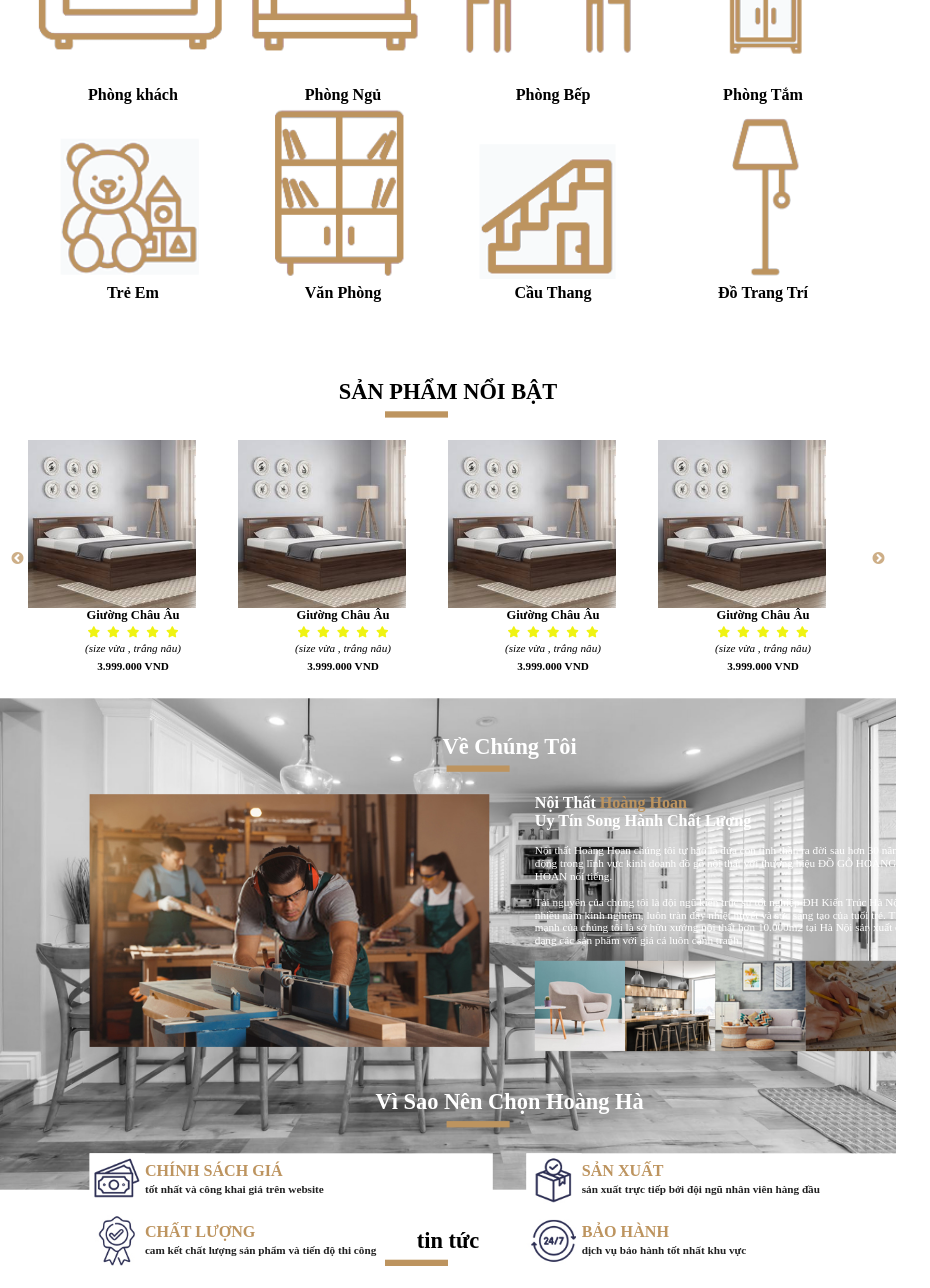
Repository: LDDUNG2003/front_end
Page: index.html
An editor plug-in stored every save of this project. The page is shown before and after the next save, followed by the edit.
The browser window is 1280 px wide. The page is 1328 px wide, so the pictures cover 1328 px, including what lies to the right of the window. The pictures show the part of the page from y = 762 to 2602 px (the page is 2602 px tall), at 70% of full size.
Some web libraries are served in a nearby version.

Above is the page before, as saved 2023-08-29 13:58:41.

### index.html
<!DOCTYPE html>
<html lang="en">

<head>
    <meta charset="UTF-8">
    <meta name="viewport" content="width=device-width, initial-scale=1.0">
    <title>Document</title>
    <link rel="stylesheet" href="https://cdnjs.cloudflare.com/ajax/libs/font-awesome/6.4.2/css/all.min.css" integrity="sha512-z3gLpd7yknf1YoNbCzqRKc4qyor8gaKU1qmn+CShxbuBusANI9QpRohGBreCFkKxLhei6S9CQXFEbbKuqLg0DA==" crossorigin="anonymous" referrerpolicy="no-referrer"
    />
    <link rel="stylesheet" type="text/css" href="//cdn.jsdelivr.net/npm/slick-carousel@1.8.1/slick/slick.css" />
    <link rel="stylesheet" type="text/css" href="//cdn.jsdelivr.net/npm/slick-carousel@1.8.1/slick/slick-theme.css" />
    <link rel="stylesheet" href="./public/css/base.css">
    <link rel="stylesheet" href="./public/css/home.css">
    <script src="https://kit.fontawesome.com/9ffed7d99e.js" crossorigin="anonymous"></script>
</head>

<>
    <div class="main">
        <div class="header">
            <div class="navBar">
                <img src="./public/img/logo.png" alt="logo" class="logo">
                <ul class="navBar__list">
                    <li class="navBar__list-item"><a href="" class="navBar__list--link">trang chủ</a></li>
                    <li class="navBar__list-item">
                        <a href="" class="navBar__list--link">giới thiệu</a>
                    </li>
                    <li class="navBar__list-item">
                        <a href="" class="navBar__list--link">sản phẩm</a>
                    </li>
                    <li class="navBar__list-item">
                        <a href="" class="navBar__list--link">đối tác</a>
                    </li>
                    <li class="navBar__list-item">
                        <a href="" class="navBar__list--link">tin tức</a>
                    </li>
                    <li class="navBar__list-item">
                        <a href="" class="navBar__list--link">liên hệ</a>
                    </li>
                </ul>
            </div>
        </div>
        <div class="content">
            <div class="content__banner">
                <div class="content--list-image">
                    <img class="content--image" src="./public/img/banner.png" alt="">
                </div>
                <div class="banner--content">
                    <h2 class="banner--content-text-title">THẾ GIỚI NỘI THẤT SỐ 1 VIỆT NAM</h2>
                    <h2 class="banner--content-text-title" style="color: var(--primary-color)">hoàng hoan</h2>
                    <p class="banner--content-text">Sứ mệnh của chúng tôi là kết hợp hài hòa giữa ý tưởng và mong muốn của khách hàng, đem lại những phút giây thư giãn tuyệt vời bên gia đình và những người thân yêu.</p>
                    <button class="banner--button">LIÊN HỆ NGAY</button>
                </div>
            </div>
            <div class="content__focut">
                <ul class="focut--list">
                    <li class="focut--item">
                        <img src="./public/img/product/icon-phong-khach.png" alt="" class="focut--img">
                        <h6 class="focut--text">Phòng khách</h6>
                    </li>
                    <li class="focut--item">
                        <img src="./public/img/product/icon-phong-ngu.png" alt="" class="focut--img">
                        <h6 class="focut--text">Phòng Ngủ</h6>
                    </li>
                    <li class="focut--item">
                        <img src="./public/img/product/icon-phong-bep.png" alt="" class="focut--img">
                        <h6 class="focut--text">Phòng Bếp</h6>
                    </li>
                    <li class="focut--item">
                        <img src="./public/img/product/icon-phong-tam.png" alt="" class="focut--img">
                        <h6 class="focut--text">Phòng Tắm</h6>
                    </li>
                    <li class="focut--item">
                        <img src="./public/img/product/icon-tre-em.png" alt="" class="focut--img">
                        <h6 class="focut--text">Trẻ Em</h6>
                    </li>
                    <li class="focut--item">
                        <img src="./public/img/product/icon-van-phong.png" alt="" class="focut--img">
                        <h6 class="focut--text">Văn Phòng</h6>
                    </li>
                    <li class="focut--item">
                        <img src="./public/img/product/icon-cau-thang.png" alt="" class="focut--img">
                        <h6 class="focut--text">Cầu Thang</h6>
                    </li>
                    <li class="focut--item">
                        <img src="./public/img/product/icon-do-trang-tri.png" alt="" class="focut--img">
                        <h6 class="focut--text">Đồ Trang Trí</h6>
                    </li>
                </ul>
            </div>
            <div class="content__featured">
                <h2 class="content--title">SẢN PHẨM NỔI BẬT</h2>
                <ul class="featured--list" data-slick='{"slidesToShow": 4, "slidesToScroll": 4}'>
                    <li class="featured--item">
                        <img src="./public/img/featured/giuong-ngu.png" alt="" class="featured--img">
                        <div class="featured--content">
                            <h5 class="featured-name">Giường Châu Âu</h5>
                            <ul class="evaluate--list">
                                <li><i class="fa-solid fa-star" style="color: #eff312;"></i></li>
                                <li><i class="fa-solid fa-star" style="color: #eff312;"></i></li>
                                <li><i class="fa-solid fa-star" style="color: #eff312;"></i></li>
                                <li><i class="fa-solid fa-star" style="color: #eff312;"></i></li>
                                <li><i class="fa-solid fa-star" style="color: #eff312;"></i></li>
                            </ul>
                            <i class="note-product">(size vừa , trắng nâu)</i>
                            <p class="price-product">3.999.000 VND</p>
                        </div>
                    </li>
                    <li class="featured--item">
                        <img src="./public/img/featured/giuong-ngu.png" alt="" class="featured--img">
                        <div class="featured--content">
                            <h5 class="featured-name">Giường Châu Âu</h5>
                            <ul class="evaluate--list">
                                <li><i class="fa-solid fa-star" style="color: #eff312;"></i></li>
                                <li><i class="fa-solid fa-star" style="color: #eff312;"></i></li>
                                <li><i class="fa-solid fa-star" style="color: #eff312;"></i></li>
                                <li><i class="fa-solid fa-star" style="color: #eff312;"></i></li>
                                <li><i class="fa-solid fa-star" style="color: #eff312;"></i></li>
                            </ul>
                            <i class="note-product">(size vừa , trắng nâu)</i>
                            <p class="price-product">3.999.000 VND</p>
                        </div>
                    </li>
                    <li class="featured--item">
                        <img src="./public/img/featured/giuong-ngu.png" alt="" class="featured--img">
                        <div class="featured--content">
                            <h5 class="featured-name">Giường Châu Âu</h5>
                            <ul class="evaluate--list">
                                <li><i class="fa-solid fa-star" style="color: #eff312;"></i></li>
                                <li><i class="fa-solid fa-star" style="color: #eff312;"></i></li>
                                <li><i class="fa-solid fa-star" style="color: #eff312;"></i></li>
                                <li><i class="fa-solid fa-star" style="color: #eff312;"></i></li>
                                <li><i class="fa-solid fa-star" style="color: #eff312;"></i></li>
                            </ul>
                            <i class="note-product">(size vừa , trắng nâu)</i>
                            <p class="price-product">3.999.000 VND</p>
                        </div>
                    </li>
                    <li class="featured--item">
                        <img src="./public/img/featured/giuong-ngu.png" alt="" class="featured--img">
                        <div class="featured--content">
                            <h5 class="featured-name">Giường Châu Âu</h5>
                            <ul class="evaluate--list">
                                <li><i class="fa-solid fa-star" style="color: #eff312;"></i></li>
                                <li><i class="fa-solid fa-star" style="color: #eff312;"></i></li>
                                <li><i class="fa-solid fa-star" style="color: #eff312;"></i></li>
                                <li><i class="fa-solid fa-star" style="color: #eff312;"></i></li>
                                <li><i class="fa-solid fa-star" style="color: #eff312;"></i></li>
                            </ul>
                            <i class="note-product">(size vừa , trắng nâu)</i>
                            <p class="price-product">3.999.000 VND</p>
                        </div>
                    </li>
                    <li class="featured--item">
                        <img src="./public/img/featured/giuong-ngu.png" alt="" class="featured--img">
                        <div class="featured--content">
                            <h5 class="featured-name">Giường Châu Âu</h5>
                            <ul class="evaluate--list">
                                <li><i class="fa-solid fa-star" style="color: #eff312;"></i></li>
                                <li><i class="fa-solid fa-star" style="color: #eff312;"></i></li>
                                <li><i class="fa-solid fa-star" style="color: #eff312;"></i></li>
                                <li><i class="fa-solid fa-star" style="color: #eff312;"></i></li>
                                <li><i class="fa-solid fa-star" style="color: #eff312;"></i></li>
                            </ul>
                            <i class="note-product">(size vừa , trắng nâu)</i>
                            <p class="price-product">3.999.000 VND</p>
                        </div>
                    </li>
                </ul>
            </div>
            <div class="about__us">
                <div class="about--background">
                    <img src="./public/img/about/bg-about-us.jpg" alt="">
                </div>
                <div class="about__us-bag">
                    <div class="about-bag">
                        <div class="about__content ">
                            <h2 class="content--title ">Về Chúng Tôi</h2>
                            <div class="about--block ">
                                <div class="about--content ">
                                    <img src="./public/img/about/ve-chung-toi.jpg" alt=" ">
                                </div>
                                <div class="about--content ">
                                    <h4 class="about--content--title">Nội Thất <span style="color:var(--primary-color);">Hoàng Hoan</span>
                                        <br> Uy Tín Song Hành Chất Lượng
                                    </h4>
                                    <div class="about--text--list">
                                        <p class="about--text">Nội thất Hoàng Hoan chúng tôi tự hào là đứa con tinh thần ra đời sau hơn 30 năm hoạt động trong lĩnh vực kinh doanh đồ gỗ nội thất với thương hiệu ĐỒ GỖ HOÀNG HOAN nổi tiếng.</p>
                                        <p class="about--text">Tài nguyên của chúng tôi là đội ngũ kiến trúc sư tốt nghiệp ĐH Kiến Trúc Hà Nội với nhiều năm kinh nghiệm, luôn tràn đầy nhiệt huyết và sức sáng tạo của tuổi trẻ. Thế mạnh của chúng tôi là sở hữu xưởng nội thất
                                            hơn 10.000m2 tại Hà Nội sản xuất đa dạng các sản phẩm với giá cả luôn cạnh tranh.</p>
                                    </div>
                                    <ul class="about--list">
                                        <li class="about--item">
                                            <img src="./public/img/about/ve-chung-toi-1.jpg" alt="" class="about--img">
                                        </li>
                                        <li class="about--item">
                                            <img src="./public/img/about/ve-chung-toi-2.jpg" alt="" class="about--img">
                                        </li>
                                        <li class="about--item">
                                            <img src="./public/img/about/ve-chung-toi-3.jpg" alt="" class="about--img">
                                        </li>
                                        <li class="about--item">
                                            <img src="./public/img/about/ve-chung-toi-4.jpg" alt="" class="about--img">
                                        </li>
                                    </ul>
                                </div>
                            </div>
                        </div>
                        <div class="about__content ">
                            <h2 class="content--title ">Vì Sao Nên Chọn Hoàng Hà</h2>
                            <div class="choose__choose">
                                <ul class="choose--list">
                                    <li class="choose--item">
                                        <img src="./public/img/about/chinh-sach.jpg" alt="" class="choose-image">
                                        <div class="choose-contain">
                                            <h6 class="choose--content-title">Chính Sách Giá</h6>
                                            <p class="choose--text">tốt nhất và công khai giá trên website</p>
                                        </div>
                                    </li>
                                    <li class="choose--item">
                                        <img src="./public/img/about/san-pham.jpg" alt="" class="choose-image">
                                        <div class="choose-contain">
                                            <h6 class="choose--content-title">sản xuất</h6>
                                            <p class="choose--text">sản xuất trực tiếp bởi đội ngũ nhân viên hàng đầu</p>
                                        </div>
                                    </li>
                                    <li class="choose--item">
                                        <img src="./public/img/about/chat-luong.jpg" alt="" class="choose-image">
                                        <div class="choose-contain">
                                            <h6 class="choose--content-title">chất lượng</h6>
                                            <p class="choose--text">cam kết chất lượng sản phẩm và tiến độ thi công</p>
                                        </div>
                                    </li>
                                    <li class="choose--item">
                                        <img src="./public/img/about/bao-hanh.jpg " alt="" class="choose-image">
                                        <div class="choose-contain">
                                            <h6 class="choose--content-title">bảo hành</h6>
                                            <p class="choose--text">dịch vụ bảo hành tốt nhất khu vực</p>
                                        </div>
                                    </li>
                                </ul>
                            </div>
                        </div>
                    </div>
                </div>
            </div>
            <div class="news">
                <h2 class="content--title">tin tức</h2>
            </div>
        </div>
        <div class="footer "></div>
    </div>
    <script type="text/javascript " src="//code.jquery.com/jquery-1.11.0.min.js "></script>
    <script type="text/javascript " src="//code.jquery.com/jquery-migrate-1.2.1.min.js "></script>
    <script type="text/javascript " src="//cdn.jsdelivr.net/npm/slick-carousel@1.8.1/slick/slick.min.js "></script>
    <script>
        $(document).ready(function() {
            $('.featured--list').slick();
        });
    </script>
    </body>

</html>

### public/css/base.css
* {
    padding: 0px;
    margin: 0px;
    font-family: "gotham-family";
}

:root {
    --primary-color: #bd945f;
    --text-color: #222222;
}


/* font setting */

@font-face {
    font-family: "gotham-family";
    src: url(../front/Gotham-Medium.otf);
    font-family: "gotham-linear";
    src: url(../front/Gotham-Thin.otf);
    font-family: "gotham-utral";
    src: url(../front/Gotham-Ultra.otf);
}

.main {
    width: 100%;
}

.header {
    padding: 10px 0px;
    margin: auto;
    width: 100%;
    max-width: 1200px;
}

.navBar {
    display: flex;
    width: 100%;
    justify-content: space-between;
}

.logo {
    height: 80px;
}

.navBar__list {
    display: flex;
    list-style: none;
    align-items: center;
}

.navBar__list-item {
    margin: 0 10px;
}

.navBar__list--link {
    text-transform: uppercase;
    font-size: 16px;
    color: var(--text-color);
    text-decoration: none;
}

.featured--content {}

.featured-name {
    font-size: 18px;
    text-transform: capitalize;
}

.evaluate--list {
    list-style: none;
    display: flex;
    justify-content: center;
}

.evaluate--list li {
    padding: 5px;
    margin: 0;
}

.note-product {}

.price-product {
    padding: 7px 0px;
    font-weight: 800;
    font-size: 16px;
}

.slick-prev:before,
.slick-next:before {
    color: var(--primary-color);
    width: 15px;
}

### public/css/home.css
.content {
    width: 100%;
    max-width: 1500px;
    margin: auto;
}

.content__banner {
    width: 100%;
    position: relative;
}

.content--list-image {
    width: 100%;
    max-width: 1500px;
    margin: auto;
}

.content--image {
    width: 100%;
}

.banner--content {
    position: absolute;
    top: 10%;
    left: 15%;
}

.banner--content-text-title {
    text-transform: uppercase;
    font-family: 800;
    font-family: "gotham-utral";
    font-size: 25px;
}

.banner--content-text {
    font-size: 18px;
    color: var(--text-color);
    width: 420px;
}

.banner--button {
    padding: 20px;
    color: aliceblue;
    background-color: var(--primary-color);
    border: none;
    font-family: "gotham-utral";
    font-size: 18px;
    cursor: pointer;
}

.content__focut {
    position: relative;
    background-color: #ffffff;
    top: -60px;
    max-width: 1200px;
    width: 100%;
    margin: auto;
}

.focut--list {
    margin: auto;
    display: flex;
    width: 100%;
    list-style: none;
    flex-wrap: wrap;
}

.focut--item {
    width: 25%;
    text-align: center;
}

.focut--img {
    width: 100%;
}

.focut--text {
    text-align: center;
    font-size: 23px;
}

.content--title {
    font-size: 32px;
    padding: 50px 0px;
    text-align: center;
    position: relative;
}

.content--title::before {
    content: '';
    background-color: var(--primary-color);
    width: 90px;
    height: 9px;
    position: absolute;
    top: 70%;
    right: 50%;
}

.content__featured {
    width: 100%;
    max-width: 1200px;
    margin: auto;
    padding-bottom: 30px;
}

.featured--list {
    width: 100%;
    list-style: none;
    display: flex;
    text-align: center;
}

.featured--item {}

.featured--img {
    width: 80%;
}

.about__us {
    width: 100%;
    max-width: 1500px;
    margin: auto;
    position: relative;
}

.about--background {
    width: 100%;
}

.about--background img {
    width: 100%;
    filter: grayscale(100%) contrast(100%);
    ;
}

.about__us-bag {
    position: absolute;
    top: 0px;
    width: 100%;
    max-width: 1200px;
    left: 10%;
    color: #ffffff;
}

.about__content {
    width: 100%;
}

.about--block {
    display: flex;
    justify-content: space-between;
}

.about--content {
    width: 47%;
}

.about--content--title {
    font-size: 23px;
}

.about--text--list {
    font-size: 16px;
    padding: 10px 0px;
}

.about--text {
    padding: 10px 0px;
}

.about--list {
    list-style: none;
    display: flex;
}

.about--item {}

.about--img {}

.choose__choose {
    width: 100%;
}

.choose--list {
    list-style: none;
    display: flex;
    flex-wrap: wrap;
    justify-content: space-between;
}

.choose--item {
    align-items: center;
    margin: 5px 0px;
    width: 48%;
    display: flex;
    background-color: #ffffff;
}

.choose--content-title {
    color: var(--primary-color);
    font-size: 23px;
    text-transform: uppercase;
    font-weight: 800;
}

.choose--text {
    font-weight: 700;
    font-size: 16px;
    padding: 5px 0px;
    color: var(--text-color);
}

After the next save:
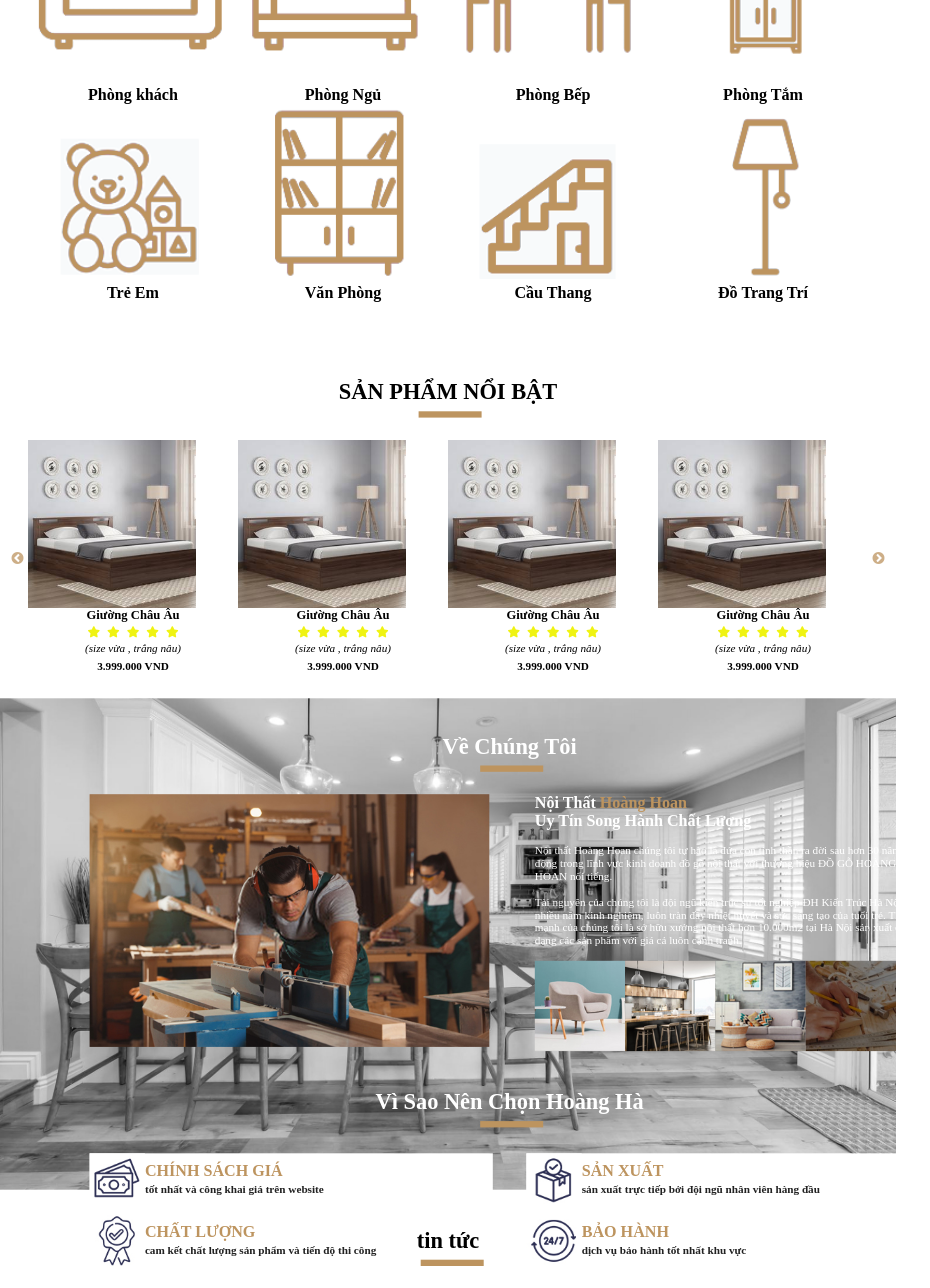
Saved 5 s later.
--- a/public/css/home.css
+++ b/public/css/home.css
@@ -93,7 +93,7 @@
     height: 9px;
     position: absolute;
     top: 70%;
-    right: 50%;
+    right: 46%;
 }
 
 .content__featured {
